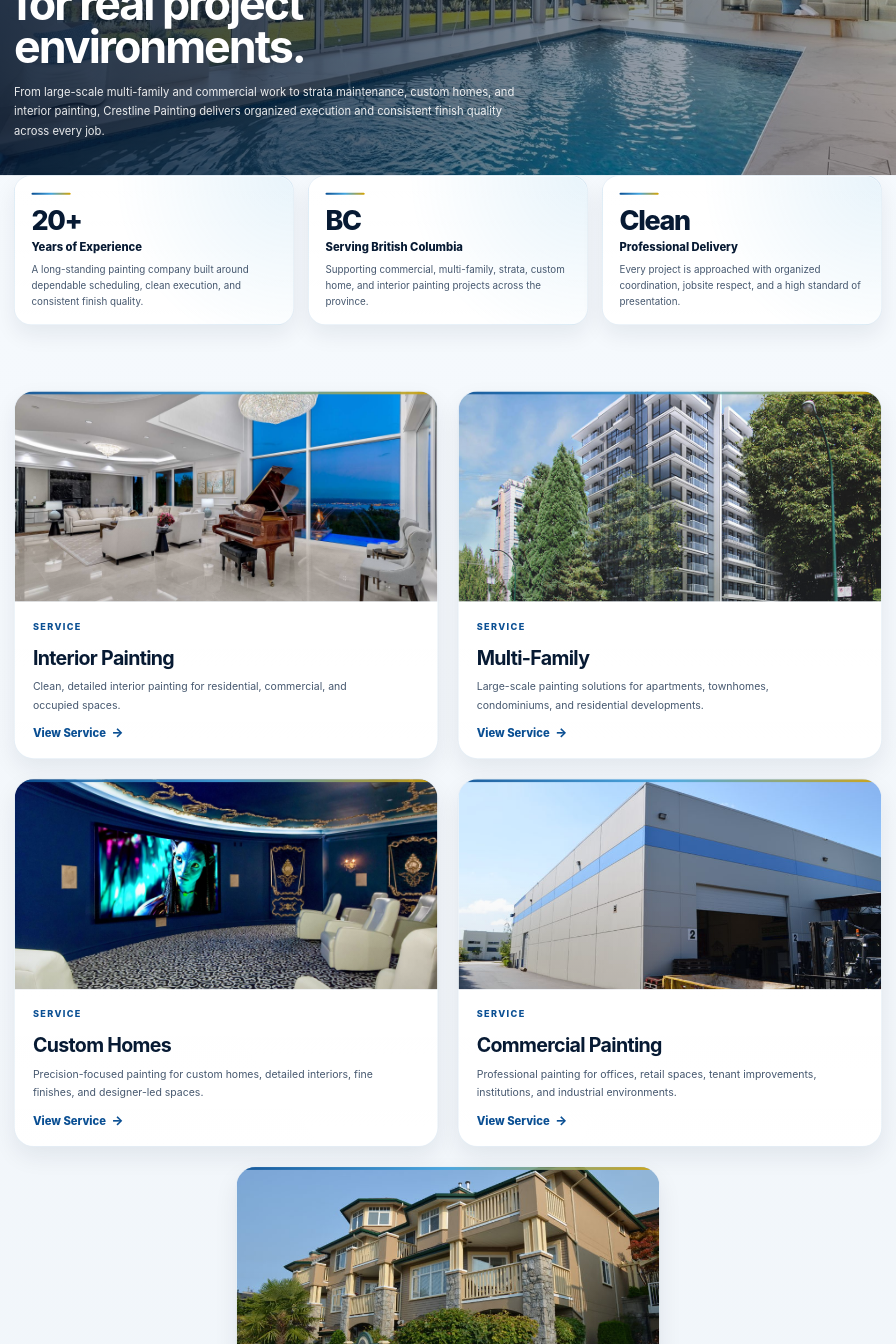
Repository: 300LBHACK3R/Crestline-Painting
Page: /services
An editor plug-in stored every save of this project. The page is shown before and after the next save, followed by the edit.
The browser window is 1280 px wide. The pictures show the part of the page from y = 416 to 2336 px (the page is 3658 px tall before and 3700 px after), at 70% of full size.
The project was rebuilt for these pictures with package versions that can differ from the ones it lists, and the page was loaded fresh each time. The framework's server and built-in components were replaced by stand-ins that run in the browser. Also part of the build but not shown: next.config.ts.

Above is the page before, as saved 2026-04-29 09:07:00.

### src/app/layout.tsx
import type { Metadata, Viewport } from "next";
import "./globals.css";

const siteUrl = "https://crestlinepainting.ca";
const siteName = "Crestline Painting Ltd.";
const siteDescription =
  "Professional painting services across British Columbia for commercial, multi-family, strata, custom home, and interior painting projects.";

export const metadata: Metadata = {
  metadataBase: new URL(siteUrl),

  applicationName: siteName,
  title: {
    default: `${siteName} | Professional Painting Services in BC`,
    template: `%s | ${siteName}`,
  },
  description: siteDescription,

  keywords: [
    "Crestline Painting",
    "Painting Company BC",
    "Commercial Painting BC",
    "Multi-Family Painting",
    "Strata Painting BC",
    "Custom Home Painting",
    "Interior Painting BC",
    "Exterior Painting British Columbia",
    "Professional Painters British Columbia",
  ],

  authors: [{ name: siteName }],
  creator: siteName,
  publisher: siteName,

  alternates: {
    canonical: siteUrl,
  },

  openGraph: {
    title: `${siteName} | Professional Painting Services in BC`,
    description: siteDescription,
    url: siteUrl,
    siteName,
    locale: "en_CA",
    type: "website",
    images: [
      {
        url: "/images/branding/logo.png",
        width: 1200,
        height: 630,
        alt: "Crestline Painting Ltd. logo",
      },
    ],
  },

  twitter: {
    card: "summary_large_image",
    title: `${siteName} | Professional Painting Services in BC`,
    description: siteDescription,
    images: ["/images/branding/logo.png"],
  },

  robots: {
    index: true,
    follow: true,
    googleBot: {
      index: true,
      follow: true,
      "max-image-preview": "large",
      "max-snippet": -1,
      "max-video-preview": -1,
    },
  },

  category: "business",

  icons: {
    icon: "/favicon.ico",
    shortcut: "/favicon.ico",
    apple: "/apple-touch-icon.png",
  },

  formatDetection: {
    telephone: true,
    email: true,
    address: true,
  },
};

export const viewport: Viewport = {
  width: "device-width",
  initialScale: 1,
  maximumScale: 5,
  viewportFit: "cover",
  themeColor: "#071a33",
};

export default function RootLayout({
  children,
}: Readonly<{
  children: React.ReactNode;
}>) {
  const jsonLd = {
    "@context": "https://schema.org",
    "@type": "LocalBusiness",
    name: siteName,
    url: siteUrl,
    description: siteDescription,
    email: "info@crestlinepainting.ca",
    telephone: "+1-604-243-0328",
    areaServed: {
      "@type": "AdministrativeArea",
      name: "British Columbia",
    },
    address: {
      "@type": "PostalAddress",
      addressRegion: "BC",
      addressCountry: "CA",
    },
    serviceType: [
      "Commercial Painting",
      "Multi-Family Painting",
      "Strata Painting",
      "Custom Home Painting",
      "Interior Painting",
      "Exterior Painting",
    ],
  };

  return (
    <html lang="en-CA">
      <body className="site-body">
        <script
          type="application/ld+json"
          suppressHydrationWarning
          dangerouslySetInnerHTML={{
            __html: JSON.stringify(jsonLd),
          }}
        />

        {children}
      </body>
    </html>
  );
}

### src/app/services/page.tsx
import SiteHeader from "@/components/layout/site-header";
import SiteFooter from "@/components/layout/site-footer";

import PageHero from "@/components/shared/page-hero";
import ServiceCardGrid from "@/components/shared/service-card-grid";
import HomeCta from "@/components/home/home-cta";
import ServicesProofStrip from "@/components/services/services-proof-strip";

export default function ServicesPage() {
  return (
    <>
      <SiteHeader light />

      <main className="services-page">
        <PageHero
          eyebrow="Services"
          title="Professional painting services built for real project environments."
          copy="From large-scale multi-family and commercial work to strata maintenance, custom homes, and interior painting, Crestline Painting delivers organized execution and consistent finish quality across every job."
          backgroundImage="/images/services/services-hero.jpg"
          backgroundPosition="center center"
          darkOverlay
        />

        <ServicesProofStrip />

        <section className="section section--services-main">
          <div className="container">
            <ServiceCardGrid />
          </div>
        </section>

        <HomeCta />
      </main>

      <SiteFooter />
    </>
  );
}

### src/components/layout/site-header.tsx
"use client";

import Image from "next/image";
import Link from "next/link";
import { usePathname } from "next/navigation";
import { useEffect, useState } from "react";

type SiteHeaderProps = {
  light?: boolean;
};

type NavItem = {
  href: string;
  label: string;
};

const NAV_ITEMS: NavItem[] = [
  { href: "/", label: "Home" },
  { href: "/about", label: "About" },
  { href: "/services", label: "Services" },
  { href: "/projects", label: "Projects" },
  { href: "/contact", label: "Contact" },
];

function cn(...classes: Array<string | false | null | undefined>) {
  return classes.filter(Boolean).join(" ");
}

export default function SiteHeader({ light }: SiteHeaderProps) {
  const pathname = usePathname();
  const [menuOpen, setMenuOpen] = useState(false);

  const isLight = light ?? pathname !== "/";

  const visibleNavItems =
    pathname === "/" ? NAV_ITEMS.filter((item) => item.href !== "/") : NAV_ITEMS;

  const isActive = (href: string) => {
    if (href === "/") return pathname === "/";
    return pathname === href || pathname.startsWith(`${href}/`);
  };

  useEffect(() => {
    setMenuOpen(false);
  }, [pathname]);

  return (
    <header className={cn("site-header", isLight && "site-header--light")}>
      <div className="site-header__bar">
        <Link
          href="/"
          className="site-header__brand"
          aria-label="Crestline Painting home"
        >
          <Image
            src="/images/branding/logo.png"
            alt="Crestline Painting"
            width={260}
            height={90}
            className="site-header__logo"
            priority={pathname === "/"}
          />
        </Link>

        <button
          type="button"
          className="site-header__menu-button"
          aria-label={menuOpen ? "Close navigation menu" : "Open navigation menu"}
          aria-controls="primary-navigation"
          aria-expanded={menuOpen}
          onClick={() => setMenuOpen((current) => !current)}
        >
          <span aria-hidden="true" />
          <span aria-hidden="true" />
          <span aria-hidden="true" />
        </button>

        <div
          id="primary-navigation"
          className={cn("site-header__right", menuOpen && "site-header__right--open")}
        >
          <nav className="site-header__nav" aria-label="Primary navigation">
            {visibleNavItems.map((item) => {
              const active = isActive(item.href);

              return (
                <Link
                  key={item.href}
                  href={item.href}
                  className={cn(
                    "site-header__link",
                    active && "site-header__link--active"
                  )}
                  aria-current={active ? "page" : undefined}
                >
                  {item.label}
                </Link>
              );
            })}
          </nav>

          <Link
            href="/contact"
            className="site-header__cta"
            aria-label="Request a quote from Crestline Painting"
          >
            Request a Quote
          </Link>
        </div>
      </div>
    </header>
  );
}

### src/components/layout/site-footer.tsx
import Image from "next/image";
import Link from "next/link";

const footerLinks = [
  { href: "/", label: "Home" },
  { href: "/about", label: "About" },
  { href: "/services", label: "Services" },
  { href: "/projects", label: "Projects" },
  { href: "/contact", label: "Contact" },
];

const serviceLinks = [
  { href: "/services/multi-family", label: "Multi-Family" },
  { href: "/services/custom-homes", label: "Custom Homes" },
  { href: "/services/commercial-painting", label: "Commercial Painting" },
  {
    href: "/services/strata-building-maintenance",
    label: "Strata & Maintenance",
  },
  { href: "/services/interior-painting", label: "Interior Painting" },
];

export default function SiteFooter() {
  const year = new Date().getFullYear();

  return (
    <footer className="site-footer">
      <div className="container">
        <div className="site-footer__shell">
          <div className="site-footer__grid">
            <div className="site-footer__brand-block">
              <Link
                href="/"
                className="site-footer__brand-link"
                aria-label="Crestline Painting home"
              >
                <Image
                  src="/images/branding/logo.png"
                  alt="Crestline Painting"
                  width={220}
                  height={80}
                  className="site-footer__logo"
                />
              </Link>

              <p className="site-footer__copy">
                Crestline Painting Ltd. provides professional painting services
                across British Columbia for commercial, multi-family, strata,
                custom home, and interior projects.
              </p>
            </div>

            <nav className="site-footer__column" aria-label="Footer navigation">
              <h2 className="site-footer__heading">Navigation</h2>

              <div className="site-footer__links">
                {footerLinks.map((item) => (
                  <Link key={item.href} href={item.href}>
                    {item.label}
                  </Link>
                ))}
              </div>
            </nav>

            <nav className="site-footer__column" aria-label="Footer services">
              <h2 className="site-footer__heading">Services</h2>

              <div className="site-footer__links">
                {serviceLinks.map((item) => (
                  <Link key={item.href} href={item.href}>
                    {item.label}
                  </Link>
                ))}
              </div>
            </nav>

            <div className="site-footer__column">
              <h2 className="site-footer__heading">Contact</h2>

              <address className="site-footer__links site-footer__address">
                <a
                  href="mailto:info@crestlinepainting.ca"
                  aria-label="Email Crestline Painting"
                >
                  info@crestlinepainting.ca
                </a>

                <a href="tel:+16042430328" aria-label="Call Crestline Painting">
                  (604) 243-0328
                </a>

                <span>British Columbia, Canada</span>
              </address>
            </div>
          </div>

          <div className="site-footer__bottom">
            <span>© {year} Crestline Painting Ltd. All rights reserved.</span>

            <span>
              Website by{" "}
              <a
                href="https://lltechsolutions.ca"
                target="_blank"
                rel="noopener noreferrer"
                className="site-footer__credit"
              >
                L&amp;L Tech Solutions
              </a>
            </span>
          </div>
        </div>
      </div>
    </footer>
  );
}

### src/components/shared/page-hero.tsx
type PageHeroProps = {
  eyebrow?: string;
  title: string;
  copy?: string;
  backgroundImage?: string;
  backgroundPosition?: string;
  darkOverlay?: boolean;
  align?: "left" | "center";
  compact?: boolean;
  className?: string;
};

export default function PageHero({
  eyebrow,
  title,
  copy,
  backgroundImage,
  backgroundPosition = "center center",
  darkOverlay = true,
  align = "left",
  compact = false,
  className = "",
}: PageHeroProps) {
  const hasImage = Boolean(backgroundImage);

  const classes = [
    "page-hero-base",
    hasImage ? "page-hero-base--with-image" : "page-hero-base--plain",
    hasImage && darkOverlay ? "page-hero-base--dark" : "",
    hasImage && !darkOverlay ? "page-hero-base--light" : "",
    align === "center" ? "page-hero-base--center" : "",
    compact ? "page-hero-base--compact" : "",
    className,
  ]
    .filter(Boolean)
    .join(" ");

  return (
    <section className={classes}>
      {hasImage ? (
        <>
          <div
            className="page-hero-base__bg"
            style={{
              backgroundImage: `url("${backgroundImage}")`,
              backgroundPosition,
            }}
            aria-hidden="true"
          />

          <div
            className={`page-hero-base__overlay ${
              darkOverlay
                ? "page-hero-base__overlay--dark"
                : "page-hero-base__overlay--light"
            }`}
            aria-hidden="true"
          />
        </>
      ) : null}

      <div className="page-hero-base__container">
        <div className="page-hero-base__content">
          {eyebrow ? (
            <span className="page-hero-base__eyebrow">{eyebrow}</span>
          ) : null}

          <h1 className="page-hero-base__title">{title}</h1>

          {copy ? <p className="page-hero-base__copy">{copy}</p> : null}
        </div>
      </div>
    </section>
  );
}

### src/components/shared/service-card-grid.tsx
import Image from "next/image";
import Link from "next/link";
import { services } from "@/data/services";

export default function ServiceCardGrid() {
  return (
    <div className="service-grid" aria-label="Crestline Painting services">
      {services.map((service) => (
        <Link
          key={service.slug}
          href={`/services/${service.slug}`}
          className="service-card"
          aria-label={`View ${service.title} service details`}
        >
          <article className="service-card__inner">
            <div className="service-card__media">
              <Image
                src={service.image}
                alt={`${service.title} by Crestline Painting`}
                className="service-card__image"
                fill
                sizes="(max-width: 860px) 100vw, 50vw"
              />

              <div className="service-card__overlay" aria-hidden="true" />
            </div>

            <div className="service-card__body">
              <div className="card__eyebrow">Service</div>

              <h3 className="service-card__title">{service.title}</h3>

              <p className="service-card__copy">{service.short}</p>

              <span className="service-card__link">
                View Service
                <span className="service-card__arrow" aria-hidden="true">
                  →
                </span>
              </span>
            </div>
          </article>
        </Link>
      ))}
    </div>
  );
}

### src/components/home/home-cta.tsx
import Link from "next/link";

export default function HomeCta() {
  return (
    <section className="section home-cta" aria-labelledby="home-cta-heading">
      <div className="container">
        <div className="cta-panel home-cta-panel">
          <div className="cta-panel__content">
            <span className="section-intro__eyebrow">Request a Quote</span>

            <h2 id="home-cta-heading" className="section-intro__title">
              Need a painting team built for clean execution?
            </h2>

            <p className="section-intro__copy">
              Crestline Painting supports commercial, multi-family, strata,
              custom home, and interior projects across British Columbia with
              organized coordination, professional site standards, and strong
              finish quality.
            </p>
          </div>

          <div className="cta-panel__actions">
            <Link
              href="/contact"
              className="button button--primary"
              aria-label="Request a quote from Crestline Painting"
            >
              Request a Quote
            </Link>

            <Link
              href="/projects"
              className="text-link"
              aria-label="View Crestline Painting project portfolio"
            >
              View Projects
              <span aria-hidden="true">→</span>
            </Link>
          </div>
        </div>
      </div>
    </section>
  );
}

### src/components/services/services-proof-strip.tsx
type ProofItem = {
  value: string;
  label: string;
  copy: string;
};

const proofItems: ProofItem[] = [
  {
    value: "20+",
    label: "Years of Experience",
    copy:
      "A long-standing painting company built around dependable scheduling, clean execution, and consistent finish quality.",
  },
  {
    value: "BC",
    label: "Serving British Columbia",
    copy:
      "Supporting commercial, multi-family, strata, custom home, and interior painting projects across the province.",
  },
  {
    value: "Clean",
    label: "Professional Delivery",
    copy:
      "Every project is approached with organized coordination, jobsite respect, and a high standard of presentation.",
  },
];

export default function ServicesProofStrip() {
  return (
    <section
      className="services-proof-strip"
      aria-labelledby="services-proof-heading"
    >
      <div className="container">
        <h2 id="services-proof-heading" className="sr-only">
          Why clients choose Crestline Painting
        </h2>

        <div className="services-proof-strip__grid">
          {proofItems.map((item) => (
            <article key={item.label} className="services-proof-strip__card">
              <div className="services-proof-strip__topline" aria-hidden="true" />

              <strong className="services-proof-strip__value">
                {item.value}
              </strong>

              <h3 className="services-proof-strip__label">
                {item.label}
              </h3>

              <p className="services-proof-strip__copy">
                {item.copy}
              </p>
            </article>
          ))}
        </div>
      </div>
    </section>
  );
}

Loaded but not shown: src/app/globals.css (3000 lines, source omitted); src/data/services.ts (129 lines, source omitted)

After the next save:
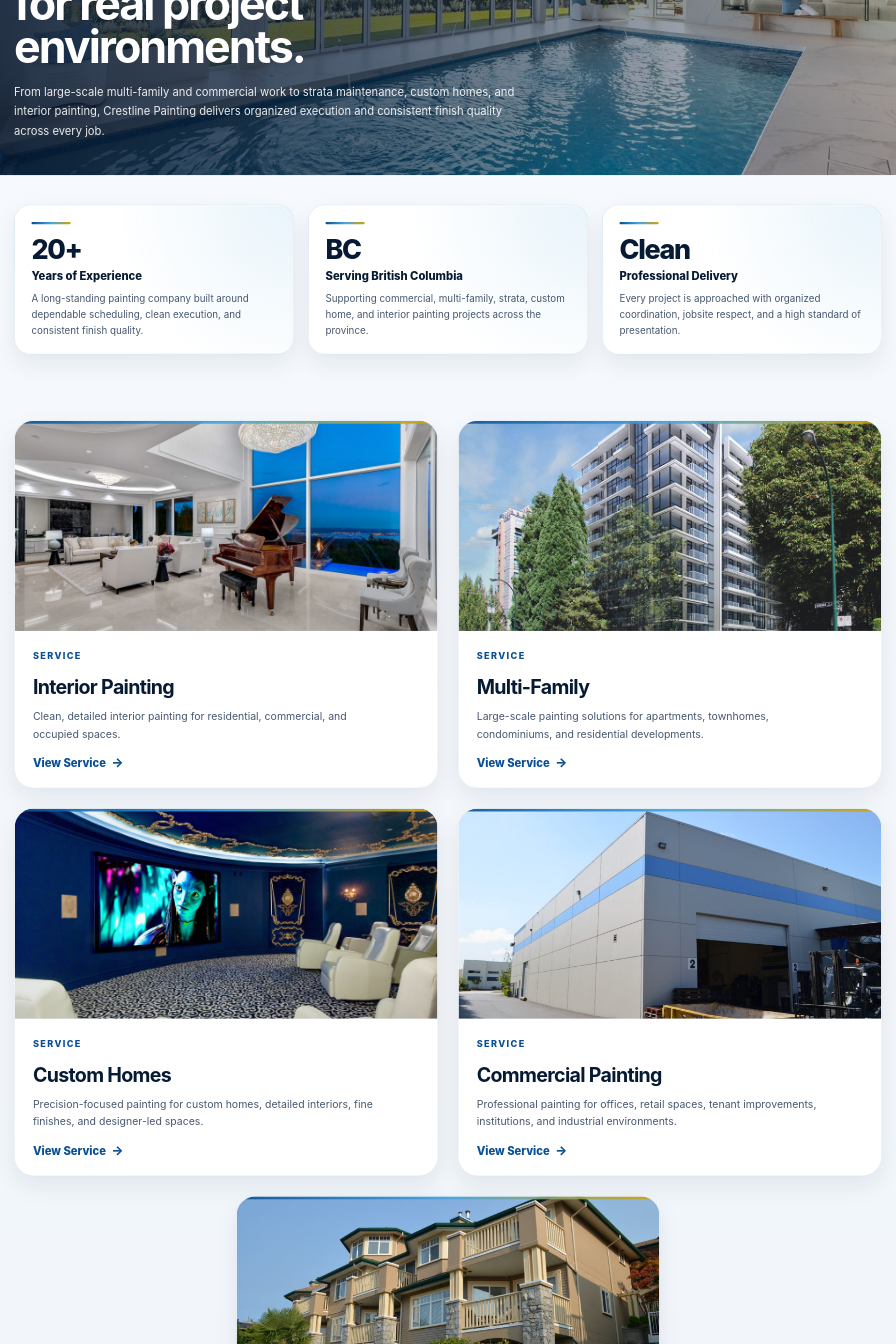
Saved 46 s later.
--- a/src/components/services/services-proof-strip.tsx
+++ b/src/components/services/services-proof-strip.tsx
@@ -28,7 +28,7 @@
 export default function ServicesProofStrip() {
   return (
     <section
-      className="services-proof-strip"
+      className="section services-proof-strip section--services-proof"
       aria-labelledby="services-proof-heading"
     >
       <div className="container">
@@ -39,19 +39,18 @@
         <div className="services-proof-strip__grid">
           {proofItems.map((item) => (
             <article key={item.label} className="services-proof-strip__card">
-              <div className="services-proof-strip__topline" aria-hidden="true" />
+              <div
+                className="services-proof-strip__topline"
+                aria-hidden="true"
+              />
 
               <strong className="services-proof-strip__value">
                 {item.value}
               </strong>
 
-              <h3 className="services-proof-strip__label">
-                {item.label}
-              </h3>
+              <h3 className="services-proof-strip__label">{item.label}</h3>
 
-              <p className="services-proof-strip__copy">
-                {item.copy}
-              </p>
+              <p className="services-proof-strip__copy">{item.copy}</p>
             </article>
           ))}
         </div>
